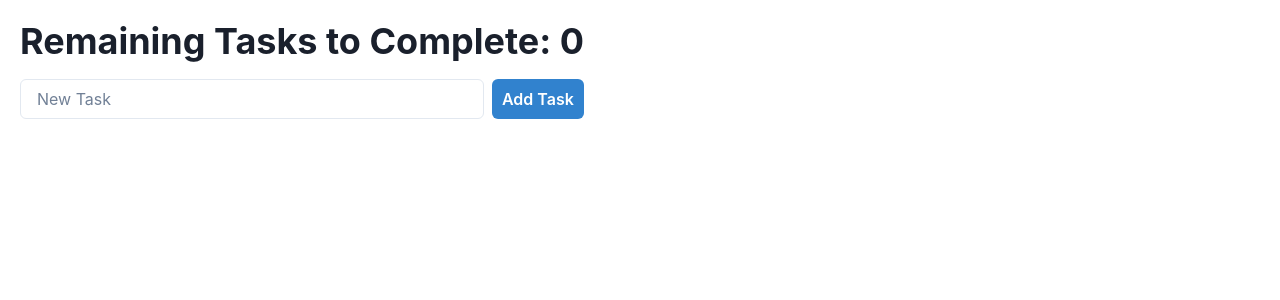
Repository: navnneett/COMP-3170-lab04
Page: /
The author's editor kept a copy of each file at every save. The page is drawn from the files as they stood at one save, then again after the next save.
The browser window is 1280 px wide. The pictures show the whole page.
The project was rebuilt for these pictures with package versions that can differ from the ones it lists, and the page was loaded fresh each time. Also part of the build but not shown: vite.config.js, src/components/Task.jsx.

Above is the page before, as saved 2024-10-20 20:00:24.

### src/App.jsx
import { useState } from 'react';
import { Box, Heading, VStack, ChakraProvider } from '@chakra-ui/react';
import TaskForm from './components/TaskForm'; // Ensure this file is correctly implemented
import Task from './components/Task'; // Ensure this file is correctly implemented

function App() {
  const [tasks, setTasks] = useState([]);

  const addTask = (taskName) => {
    if (!taskName) return; // Prevent adding empty tasks
    const newTask = { id: Date.now(), name: taskName, completed: false };
    setTasks((prevTasks) => [...prevTasks, newTask]);
  };

  const toggleTask = (id) => {
    setTasks((prevTasks) =>
      prevTasks.map((task) =>
        task.id === id ? { ...task, completed: !task.completed } : task
      )
    );
  };

  const deleteTask = (id) => {
    setTasks((prevTasks) => prevTasks.filter((task) => task.id !== id));
  };

  const remainingTasks = tasks.filter((task) => !task.completed).length;

  return (
    <ChakraProvider>
      <Box p={5}>
        <Heading mb={4}>Remaining Tasks to Complete: {remainingTasks}</Heading>
        <TaskForm addTask={addTask} />
        <VStack spacing={3} mt={5}>
          {tasks.length > 0 && tasks.map((task) => (
            <Task
              key={task.id}
              task={task}
              toggleTask={toggleTask}
              deleteTask={deleteTask}
            />
          ))}
        </VStack>
      </Box>
    </ChakraProvider>
  );
}

export default App;

### src/components/TaskForm.jsx
import { useState } from 'react';
import { Input, Button, HStack } from '@chakra-ui/react';

function TaskForm({ addTask }) {
  const [taskName, setTaskName] = useState('');

  const handleSubmit = (e) => {
    e.preventDefault();
    if (taskName.trim() !== '') {
      addTask(taskName);
      setTaskName(''); // Clear input after adding
    }
  };

  return (
    <form onSubmit={handleSubmit}>
      <HStack>
        <Input
          value={taskName}
          onChange={(e) => setTaskName(e.target.value)}
          placeholder="New Task"
        />
        <Button type="submit" colorScheme="blue">
          Add Task
        </Button>
      </HStack>
    </form>
  );
}

export default TaskForm;

Loaded but not shown: index.html (common file); src/main.jsx (common file); src/index.css (common file)

After the next save:
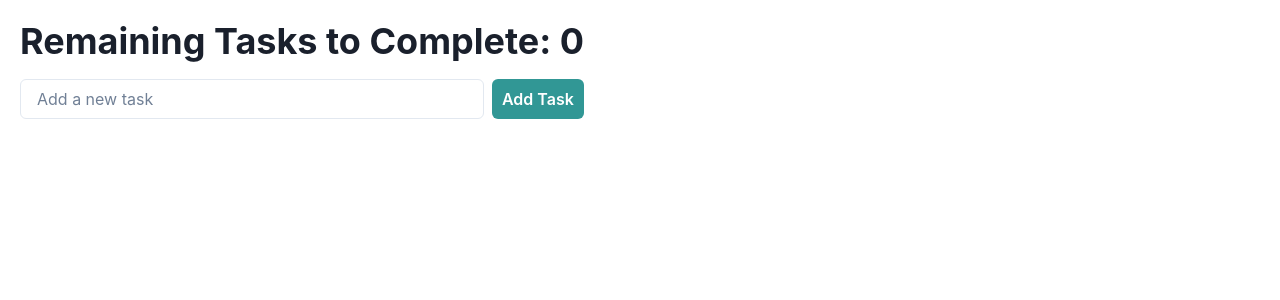
Saved 15 s later.
--- a/src/components/TaskForm.jsx
+++ b/src/components/TaskForm.jsx
@@ -6,10 +6,8 @@ function TaskForm({ addTask }) {
 
   const handleSubmit = (e) => {
     e.preventDefault();
-    if (taskName.trim() !== '') {
-      addTask(taskName);
-      setTaskName(''); // Clear input after adding
-    }
+    addTask(taskName);
+    setTaskName(''); // Reset input after submission
   };
 
   return (
@@ -18,9 +16,10 @@ function TaskForm({ addTask }) {
         <Input
           value={taskName}
           onChange={(e) => setTaskName(e.target.value)}
-          placeholder="New Task"
+          placeholder="Add a new task"
+          required
         />
-        <Button type="submit" colorScheme="blue">
+        <Button type="submit" colorScheme="teal">
           Add Task
         </Button>
       </HStack>
